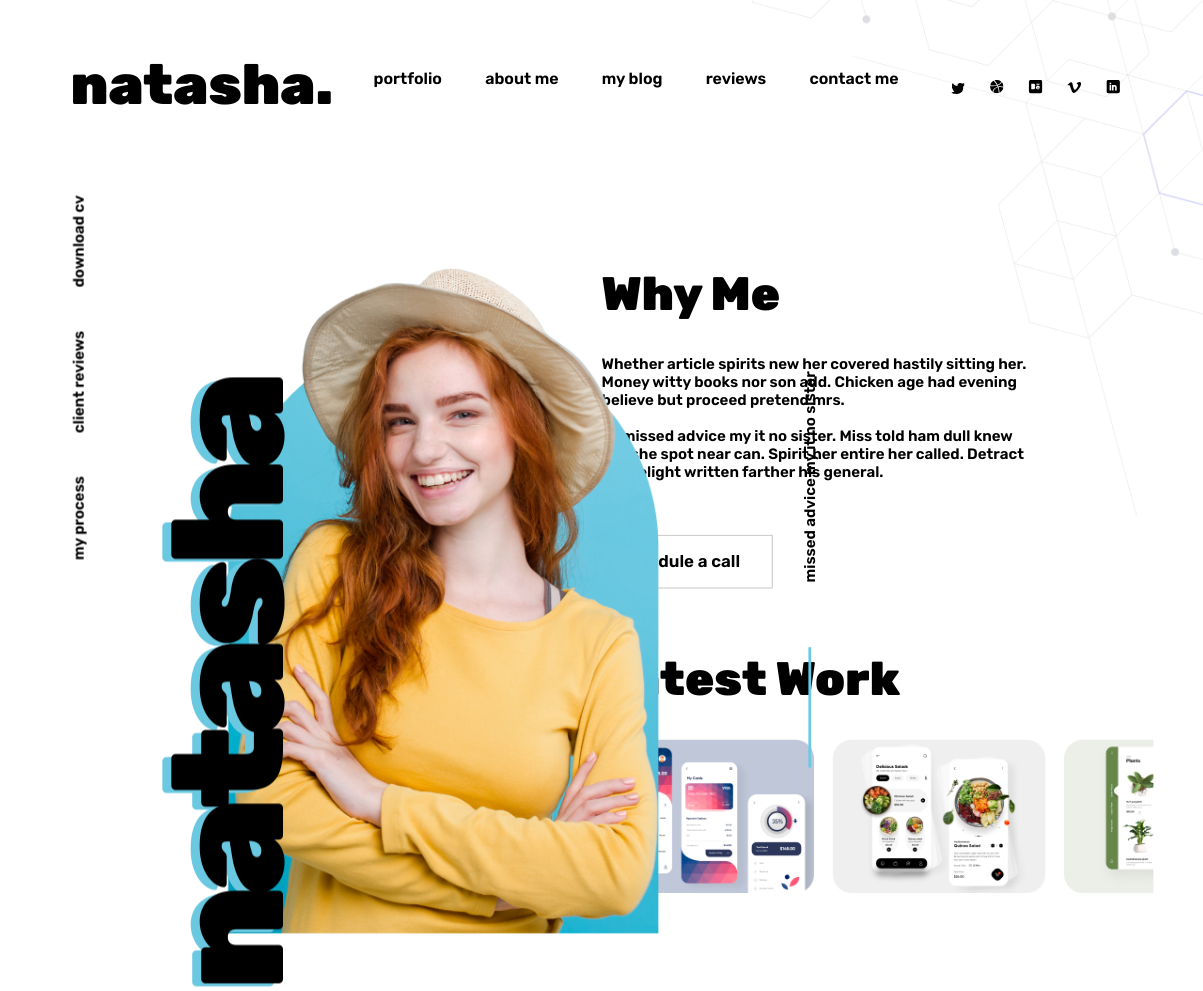
Repository: BuduCE/landing-page
Page: natasha-lp/index.html
An editor plug-in stored every save of this project. The page is shown before and after the next save, followed by the edit.
The browser window is 1280 px wide. The pictures show the whole page, at 94% of full size.

Above is the page before, as saved 2022-03-08 00:22:31.

### natasha-lp/index.html
<!DOCTYPE html>
<html lang="en">

<head>
    <meta charset="UTF-8">
    <meta http-equiv="X-UA-Compatible" content="IE=edge">
    <meta name="viewport" content="width=device-width, initial-scale=1.0">
    <title>Natasha</title>

    <!--CSS-->
    <link rel="stylesheet" href="./assets/css/style.css">

    <!--Google Font-->
    <link rel="preconnect" href="https://fonts.googleapis.com">
    <link rel="preconnect" href="https://fonts.gstatic.com" crossorigin>
    <link href="https://fonts.googleapis.com/css2?family=Rubik:ital,wght@0,600;0,900;1,400&display=swap" rel="stylesheet">
</head>

<body>
    <!--Navbar menu-->
    <header>
        <div class="logo">
            <h1>natasha.</h1>
        </div>

        <nav class='nav_text'>
            <li><a href="#">portfolio</a></li>
            <li><a href="#">about me</a></li>
            <li><a href="#">my blog</a></li>
            <li><a href="#">reviews</a></li>
            <li><a href="#">contact me</a></li>
        </nav>

        <nav class='nav_icon'>
            <li><a href="">
                <svg width="15" height="12" viewBox="0 0 15 12" fill="none"
                        xmlns="http://www.w3.org/2000/svg">
                        <path
                            d="M5.32379 11.9894C4.70669 11.9894 4.07153 11.9394 3.43255 11.8393C2.30713 11.6627 1.16788 11.074 0.845509 10.8977L0 10.4354L0.915405 10.1344C1.91606 9.80538 2.52477 9.60125 3.27828 9.28159C2.52379 8.91621 1.9423 8.25895 1.66238 7.4093L1.44943 6.76281L1.62406 6.78948C1.45846 6.62258 1.32771 6.45317 1.22635 6.29911C0.865868 5.75159 0.675013 5.08256 0.715623 4.50923L0.755688 3.94494L1.09352 4.07581C0.951007 3.80667 0.848013 3.51925 0.787479 3.21799C0.639956 2.48331 0.763418 1.7028 1.13522 1.02027L1.4295 0.480042L1.82308 0.952771C3.06783 2.44804 4.64442 3.33503 6.51562 3.5947C6.43919 3.06786 6.49646 2.55942 6.68601 2.10367C6.90669 1.57302 7.29929 1.12305 7.82101 0.802307C8.40043 0.446182 9.1031 0.273618 9.79956 0.316405C10.5385 0.361805 11.2094 0.638671 11.7422 1.11761C12.0024 1.04999 12.1941 0.977812 12.4532 0.880261C12.6091 0.821578 12.7859 0.754948 13.0072 0.678736L13.8224 0.397842L13.2908 1.91619C13.3259 1.91325 13.362 1.91075 13.3998 1.90912L14.2703 1.8697L13.7558 2.57292C13.7263 2.6132 13.7188 2.62463 13.7083 2.64042C13.6668 2.70291 13.6152 2.78065 12.909 3.72371C12.7322 3.95986 12.6439 4.26742 12.6603 4.58991C12.7229 5.81539 12.5726 6.92416 12.2132 7.88529C11.8733 8.7946 11.3465 9.57479 10.6478 10.2042C9.78312 10.9829 8.68056 11.516 7.3706 11.7886C6.72803 11.9223 6.03799 11.9894 5.32379 11.9894Z"
                            fill="black" />
                    </svg>
                </a></li>
            <li><a href="">
                <svg width="15" height="15" viewBox="0 0 15 15" fill="none" xmlns="http://www.w3.org/2000/svg">
                <g clip-path="url(#clip0_1_411)">
                <path d="M11.2078 3.20502C11.6444 2.71846 11.8989 2.20904 11.9882 1.68612C10.7537 0.65237 9.16565 0 7.43325 0C6.53875 0 5.68572 0.173109 4.89661 0.475995C6.218 1.7999 7.32307 3.36746 8.18742 5.05957C9.46102 4.59904 10.5225 3.96898 11.2078 3.20502Z" fill="black"/>
                <path d="M11.83 3.76354C11.063 4.61842 9.92291 5.31369 8.56079 5.81897C8.73009 6.19023 8.88567 6.56921 9.0321 6.9531C9.73162 6.80264 10.4566 6.71706 11.196 6.71706C12.3599 6.71706 13.4907 6.91456 14.5334 7.27754C14.5344 7.22975 14.5406 7.18326 14.5406 7.13514C14.5406 5.29463 13.8314 3.6207 12.6795 2.35712C12.5095 2.84683 12.2274 3.32076 11.83 3.76354Z" fill="black"/>
                <path d="M0.433258 5.63324C1.32199 5.79034 2.30664 5.88092 3.25254 5.88092C4.71885 5.88092 6.12734 5.67276 7.38266 5.31522C6.51766 3.65326 5.40562 2.1237 4.07834 0.844543C2.27202 1.81602 0.878333 3.57389 0.433258 5.63324Z" fill="black"/>
                <path d="M14.4613 8.13842C13.4527 7.75878 12.3426 7.55322 11.196 7.55322C10.5532 7.55322 9.92193 7.62062 9.31311 7.74364C9.93119 9.59722 10.2888 11.6007 10.3499 13.6372C12.5243 12.6535 14.1138 10.5815 14.4613 8.13842Z" fill="black"/>
                <path d="M0.270294 7.13516C0.270294 9.33397 1.33018 11.3302 2.9034 12.6348C3.07009 11.5259 3.57003 10.435 4.3843 9.522C5.35284 8.43609 6.69688 7.62292 8.21893 7.15879C8.07729 6.79341 7.92258 6.43522 7.75927 6.08203C6.39922 6.48541 4.86737 6.71709 3.25256 6.71709C2.26464 6.71709 1.23655 6.6227 0.304589 6.45895C0.283468 6.68182 0.270294 6.90697 0.270294 7.13516V7.13516Z" fill="black"/>
                <path d="M5.00854 10.0784C4.18601 11.0008 3.74039 12.0826 3.68323 13.1893C4.77338 13.87 6.05602 14.2703 7.43327 14.2703C8.15738 14.2703 8.85603 14.1601 9.51482 13.9579C9.48281 11.8762 9.13333 9.82941 8.49794 7.94547C7.10708 8.36256 5.88367 9.09713 5.00854 10.0784Z" fill="black"/>
                </g>
                <defs>
                <clipPath id="clip0_1_411">
                <rect width="14.2703" height="14.2703" fill="white" transform="translate(0.270264)"/>
                </clipPath>
                </defs>
                </svg>
                </a></li>
            <li><a href="">
                <svg width="15" height="15" viewBox="0 0 15 15" fill="none" xmlns="http://www.w3.org/2000/svg">
                <path d="M12.6926 0H2.6309C1.47836 0 0.540527 0.937837 0.540527 2.09037V12.1799C0.540527 13.3324 1.47836 14.2703 2.6309 14.2703H12.6926C13.8451 14.2703 14.8108 13.3324 14.8108 12.1799V2.09037C14.8108 0.937837 13.8451 0 12.6926 0ZM8.51181 4.20861H11.8564V5.04476H8.51181V4.20861ZM7.25759 8.38936C7.25759 9.31163 6.50756 10.0617 5.58529 10.0617H3.07684V4.20861H5.58529C6.50756 4.20861 7.25759 4.95864 7.25759 5.88091C7.25759 6.38282 7.03091 6.82844 6.6798 7.13514C7.03091 7.44183 7.25759 7.88745 7.25759 8.38936ZM12.2745 8.38936H9.00131C9.17398 8.87602 9.63909 9.22551 10.1841 9.22551C10.6304 9.22551 11.0468 8.98501 11.2709 8.59796L11.9943 9.0169C11.6217 9.66111 10.9279 10.0617 10.1841 10.0617C9.03157 10.0617 8.09374 9.12382 8.09374 7.97128C8.09374 6.81875 9.03157 5.88091 10.1841 5.88091C11.3366 5.88091 12.2745 6.81875 12.2745 7.97128V8.38936Z" fill="black"/>
                </svg></a></li>
            <li><a href="">
                <svg width="16" height="13" viewBox="0 0 16 13" fill="none" xmlns="http://www.w3.org/2000/svg">
                    <path d="M0.810791 3.15084L1.0048 3.873L1.0195 3.86318C1.41515 3.6005 1.72805 3.39302 2.0796 3.39302C2.39371 3.39302 2.69431 3.5621 2.91815 3.89514C4.13612 5.70587 5.07809 12.0026 7.35725 12.0026C9.60669 12.0026 15.256 5.13731 15.0769 2.03947C14.9879 0.500584 13.8877 0.27063 13.2396 0.27063C11.9917 0.27063 10.7478 1.04274 10.12 2.51945C11.1915 2.34731 11.9507 2.94903 11.8691 4.05103C11.7748 5.30269 9.6792 8.53689 8.70402 8.53689C7.03695 8.53689 6.25698 2.90496 5.69922 1.19536C5.55953 0.76861 5.15561 0.503421 4.64434 0.503421C4.28136 0.503421 3.90563 0.642942 3.58587 0.896678C2.84912 1.48095 2.098 2.08201 1.36899 2.6881L0.810791 3.15084Z" fill="black"/>
                    </svg>
            </a></li>
            <li><a href="">
                <svg width="15" height="15" viewBox="0 0 15 15" fill="none" xmlns="http://www.w3.org/2000/svg">
                    <path d="M12.261 0H2.17143C1.01889 0 0.0810547 0.937837 0.0810547 2.09037V12.1799C0.0810547 13.3324 1.01889 14.2703 2.17143 14.2703H12.261C13.4135 14.2703 14.3513 13.3324 14.3513 12.1799V2.09037C14.3513 0.937837 13.4135 0 12.261 0ZM5.12582 11.3159H3.45352V5.46284H5.12582V11.3159ZM5.12582 4.62669H3.45352V2.95439H5.12582V4.62669ZM10.9789 11.3159H9.30656V7.97128C9.30656 7.51031 8.93138 7.13514 8.47041 7.13514C8.00944 7.13514 7.63426 7.51031 7.63426 7.97128V11.3159H5.96197V5.46284H7.63426V5.77803C8.07237 5.64183 8.35697 5.46284 8.88849 5.46284C10.0226 5.46404 10.9789 6.48146 10.9789 7.68386V11.3159Z" fill="black"/>
                    </svg>
            </a></li>
        </nav>
    </header>

    <nav class="side_nav">
        <li><a href="">my process</a></li>
        <li><a href="">client reviews</a></li>
        <li><a href="">download cv</a></li>
    </nav>

    <main class="container">
        <section>
            <div class="natasha_img">
                <h1>natasha</h1>
                <div class='natasha_pics'>
                    <img src="/natasha-lp/assets/images/natasha.png" alt="">
                </div>
            </div>

            <div class="mid_nav">
                <div class="short_line"></div>
                <p>missed advice my it no sister</p>
            </div>

            <div class="natasha_info">
                    <h1 class="natasha_text_header">Why Me</h1>

                    <p>Whether article spirits new her covered hastily sitting her. Money witty books nor son add. Chicken age had evening believe but proceed pretend mrs.</p>
                    <br>
                    <p>At missed advice my it no sister. Miss told ham dull knew see she spot near can. Spirit her entire her called. Detract yet delight written farther his general.</p>

                    <a href="#"><div class="call_link">Schedule a call</div></a>

                    <h1 class="natasha_text_header">Latest Work</h1>

                    <div class="natasha_info_img">
                        <img src="./assets/images/latest work1.png" alt="">
                        <img src="./assets/images/latest work2.png" alt="">
                        <img src="./assets/images/latest work3.png" alt="">
                    </div>

                    <a href="#"><div class="view_all">view all</div></a>
            </div>
        </section>
    </main>
</body>

</html>

### natasha-lp/assets/css/style.css
/*Reset*/
* {
    margin: 0;
    padding: 0;
    box-sizing: border-box;
}

body {
    font-family: 'Rubik', sans-serif;
    background: url(/natasha-lp/assets/images/bg.png);
    background-repeat: no-repeat;
    background-position: top right;
    position: relative;
}

a {
    text-decoration: none;
}

li {
    list-style: none;
}

header {
    display: flex;
    justify-content: space-between;
    padding: 4.5rem 4.688rem;
    padding-bottom: 5.875px;
}

.logo {
    font-weight: 900;
    font-size: 1.875rem;
    line-height: 2.375rem;
}

.nav_text,.nav_icon {
    display: flex;
}

.nav_text li {
    padding: 0 1.438rem;
    padding-bottom: 0.438rem;
}

.nav_text li:hover {
    border-bottom: 0.125rem solid #000000;
}

.nav_text li a {
    color: black;
    font-weight: 400;
    font-size: 1.063rem;
    line-height: 1.375rem;
}

.nav_icon li {
    padding: 0.813rem;
}

.container {
    margin-top: 5.875rem;
}

.side_nav {
    position: fixed;
    bottom: 6.313rem;
    left: 0;
    display: flex;
    writing-mode: vertical-rl;
    transform: rotate(180deg);
}

.side_nav li {
    padding: 1.438rem 4.65rem;
}

.side_nav li a {
    color: #000000;
}

.container section {
    padding: 0 15.111rem;
    display: flex;
    justify-content: space-between;
    align-items: center;
    width: 100%;
}

.natasha_img {
    position: relative;
    width: 50%;
}

.natasha_i {
    width: 50%;
    position: relative;
}
.natasha_pics {
    width: 28.599rem;
    height: 40.001rem;
}

.natasha_img h1 {
    position: absolute;
    left: -6.5rem;
    bottom: -8rem;/*3.611rem*/
    writing-mode: vertical-rl;
    transform: rotate(180deg);
    font-weight: 900;
    font-size: 10.452rem;
    line-height: 13.25rem;
    letter-spacing: -0.7rem;
    text-shadow: -3px -9px 0 #6bc8e1;
}

.mid_nav {
    display: flex;
    writing-mode: vertical-rl;
    transform: rotate(180deg);
    /* padding: 150px; */
    position: absolute;
    left: 0;
    align-items: center;
    left: 53.25rem;
}

.short_line {
    width: 3px;
    height: 128px;
    background:#6bc8e1;
    margin-bottom: 4.313rem;
}

.natasha_text_header{
    font-weight: 900;
    font-size: 3.125rem;
    line-height: 3.938rem;
    margin-top: 4.063rem;
    margin-bottom: 2.063rem;
}

.call_link{
    font-weight: 600;
    font-size: 1.125rem;
    line-height: 1.563rem;
    color: #000000;
    border: 0.063rem solid #C4C4C4;
    box-sizing: border-box;
    margin-top: 3.625rem;
    width: 11.375rem;
    padding: 0.938rem
}

.natasha_info p{
    width: 28.375rem;
}

.natasha_info_img{
    display: flex;
    margin-top: 1.875rem;
}

.natasha_info_img img{
    padding-right: 1.25rem;
}

.view_all{
    margin-top: 1.625rem;
    color: #6BC8E1;
}

After the next save:
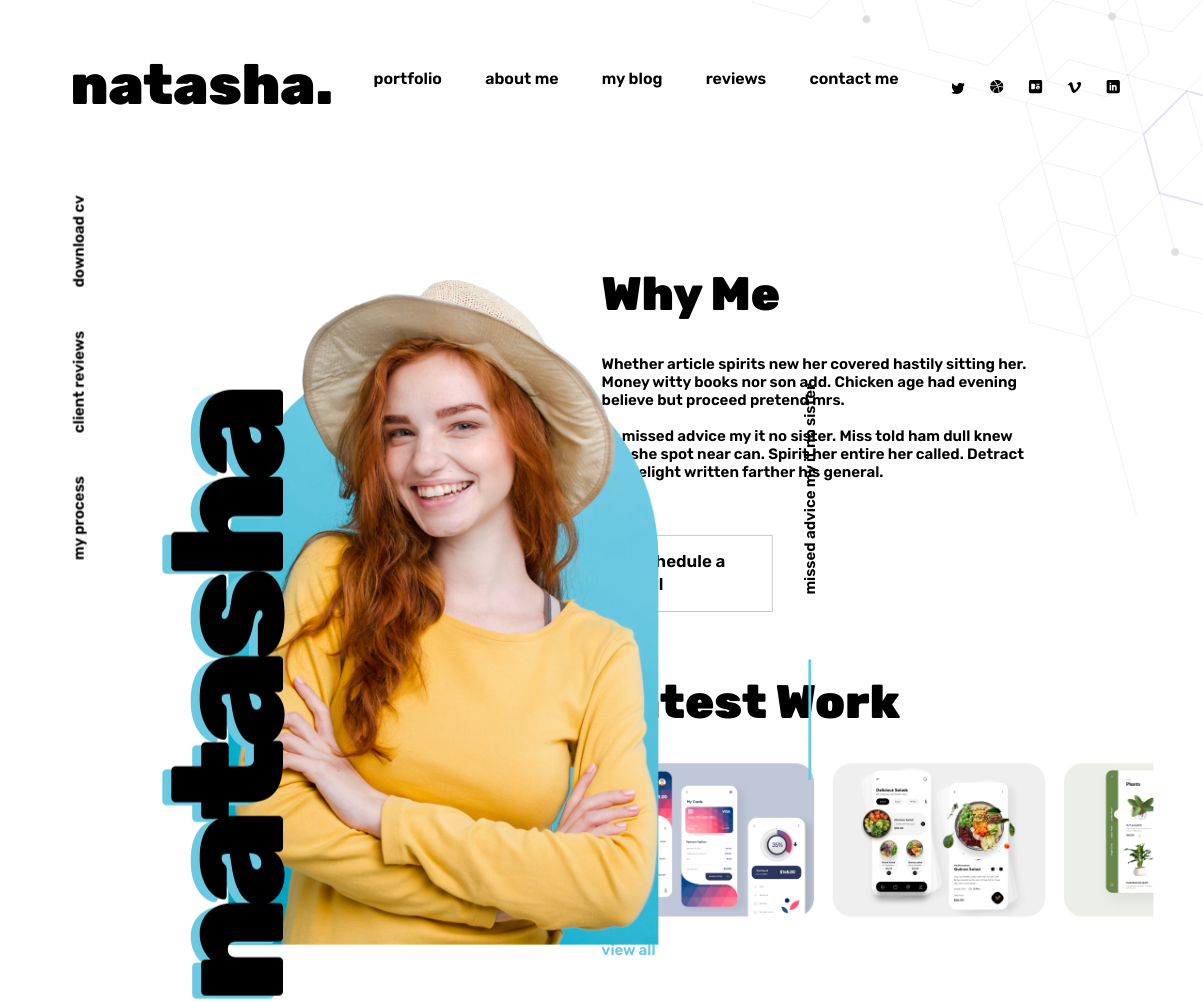
Saved 14 s later.
--- a/natasha-lp/assets/css/style.css
+++ b/natasha-lp/assets/css/style.css
@@ -149,7 +149,7 @@ header {
     box-sizing: border-box;
     margin-top: 3.625rem;
     width: 11.375rem;
-    padding: 0.938rem
+    padding: 0.938rem 2.125rem;
 }
 
 .natasha_info p{
